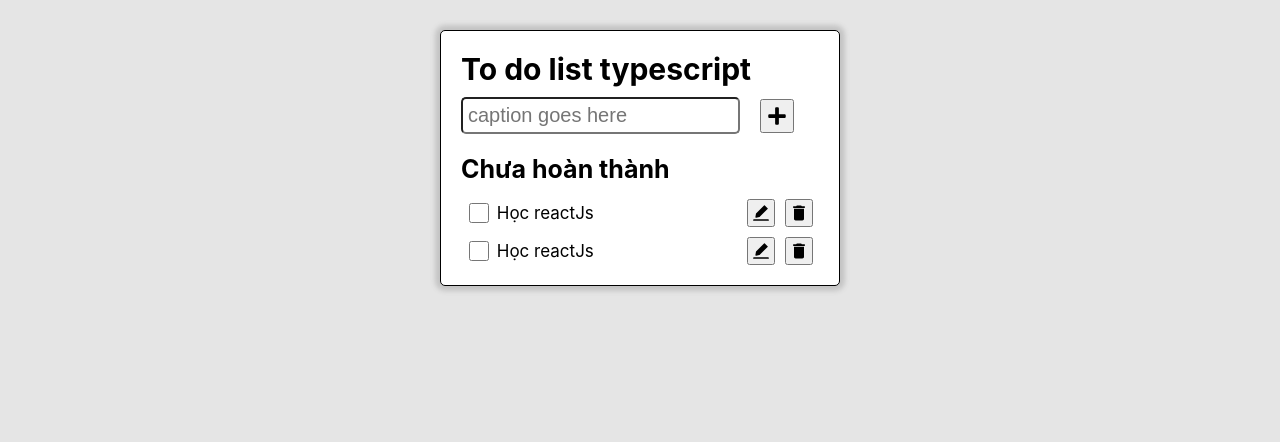
Repository: Nhatktvn/TodoListReactTs
Page: /
These files come from the project's save history. The page is drawn as it stood at one moment and after the next save; the edit follows.
The browser window is 1280 px wide. The pictures show the whole page.
The project was rebuilt for these pictures with package versions that can differ from the ones it lists, and the page was loaded fresh each time.

Above is the page before, as saved 2023-11-08 09:19:46.

After the next save:
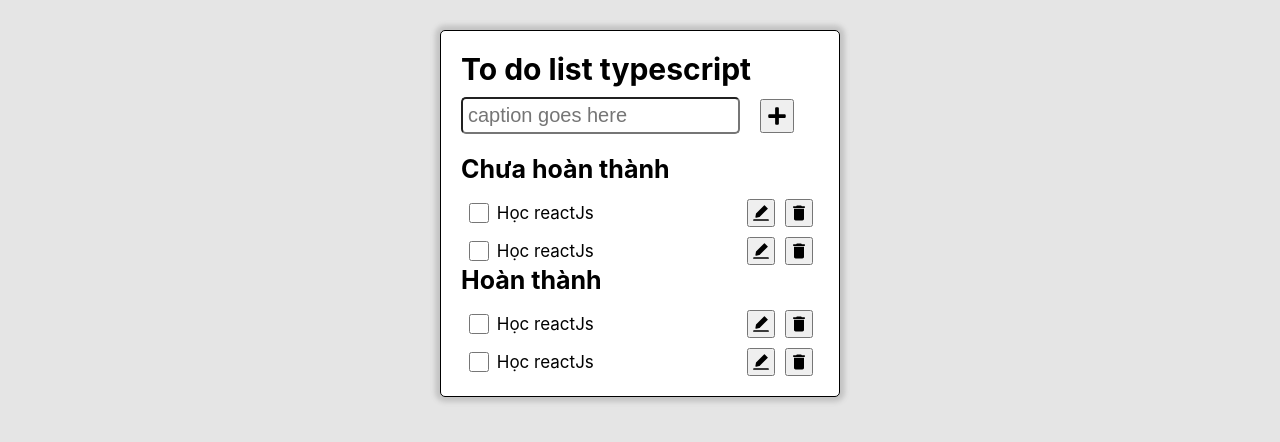
Saved 14 s later.
--- a/src/components/TodoList/TodoList.tsx
+++ b/src/components/TodoList/TodoList.tsx
@@ -14,6 +14,7 @@ export default function TodoList() {
       <div className={styles.todoListContainer}>
         <TaskInput />
         <TaskList doneTaskList={false} />
+        <TaskList doneTaskList={true} />
       </div>
     </div>
   )
